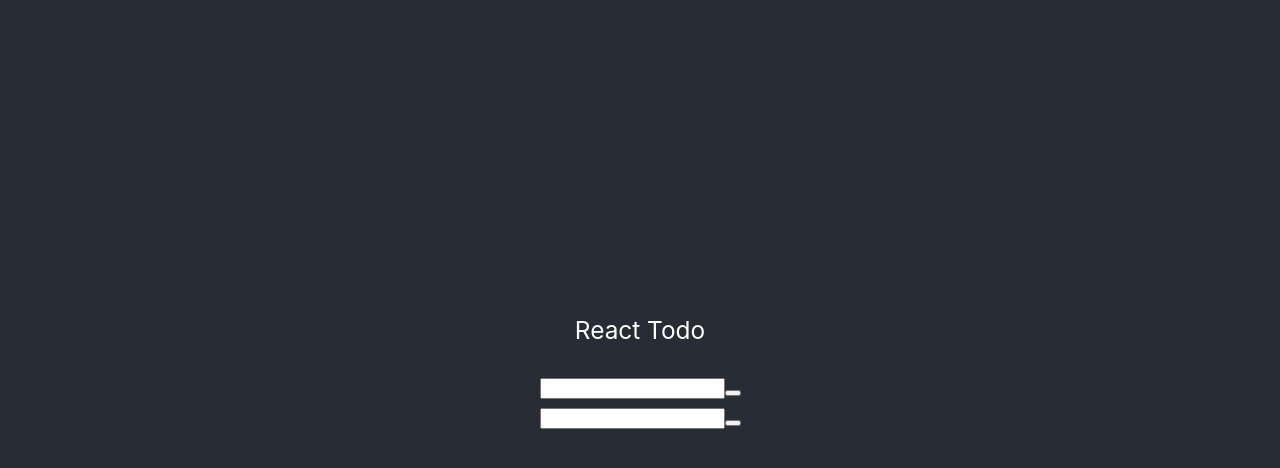
Repository: DinoDime/TodoList3
Page: /
These files come from the project's save history. The page is drawn as it stood at one moment and after the next save; the edit follows.
The browser window is 1280 px wide. The pictures show the whole page.
The project was rebuilt for these pictures with package versions that can differ from the ones it lists, and the page was loaded fresh each time.

Above is the page before, as saved 2021-04-14 16:15:25.

### src/App.js
import React, {useState} from "react";
import './App.css';
import TodoForm from "./components/TodoForm";

const App = () => {
  const [todos, setTodos] = useState([]);

  const addTodo = (todo) => {
    setTodos([todo, ...todos]);
  }

  return (
    <div className="App">
      <header className="App-header">
        <p>React Todo</p>
        <TodoForm addTodo={addTodo} />
        <TodoForm addTodo={addTodo} />
      </header>
    </div>
  );
}

export default App;

### src/components/TodoForm.js
import React, {useState} from "react";

const TodoForm = () => {
	const [todo, setTodo] = useState({
		id: "",
		task: "",
		completed: false
	});

	const handleTaskInputChange = (e) => {
		setTodo({...todo, task: e.target.value});
	}

	const handleSubmit = (e) => {
		e.preventDefault();
		if (todo.task.trim()) {
			addTodo({...todo, id: Date.now() });
			setTodo({...todo, task:""})
		}
	}

  return(
  <form onSubmit={handleSubmit}>
		<input
			name="task"
			type="text"
			value={todo.task}
			onChange={handleTaskInputChange}
		/>
		<button type="submit"/>
  </form>
  );
}

export default TodoForm;

Loaded but not shown: public/index.html (common file); src/index.js (common file); src/index.css (common file); src/reportWebVitals.js (common file); src/App.css (common file)

After the next save:
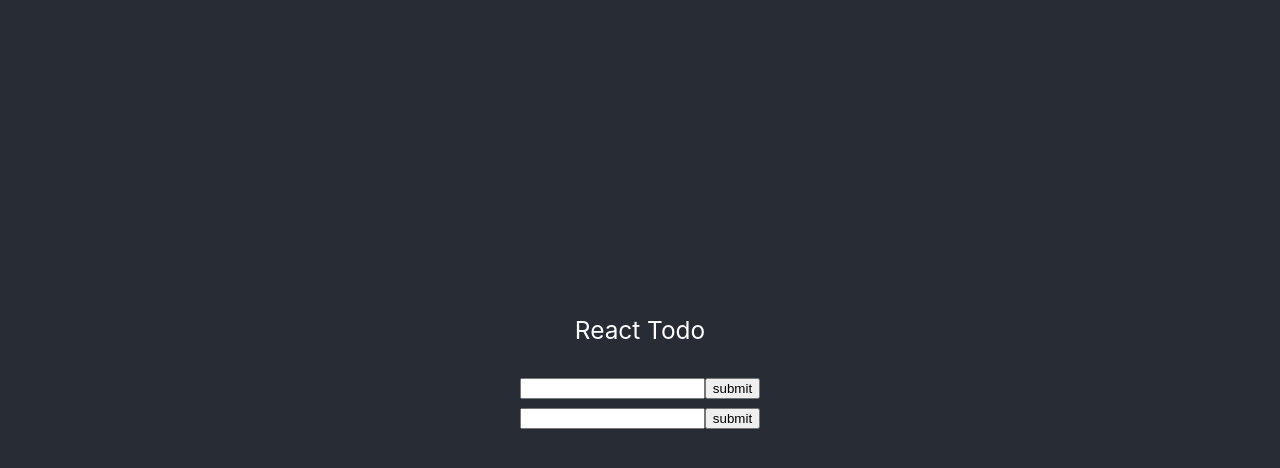
Saved 15 min 4 s later.
--- a/src/components/TodoForm.js
+++ b/src/components/TodoForm.js
@@ -27,7 +27,7 @@ const TodoForm = () => {
 			value={todo.task}
 			onChange={handleTaskInputChange}
 		/>
-		<button type="submit"/>
+		<button type="submit">submit</button>
   </form>
   );
 }
